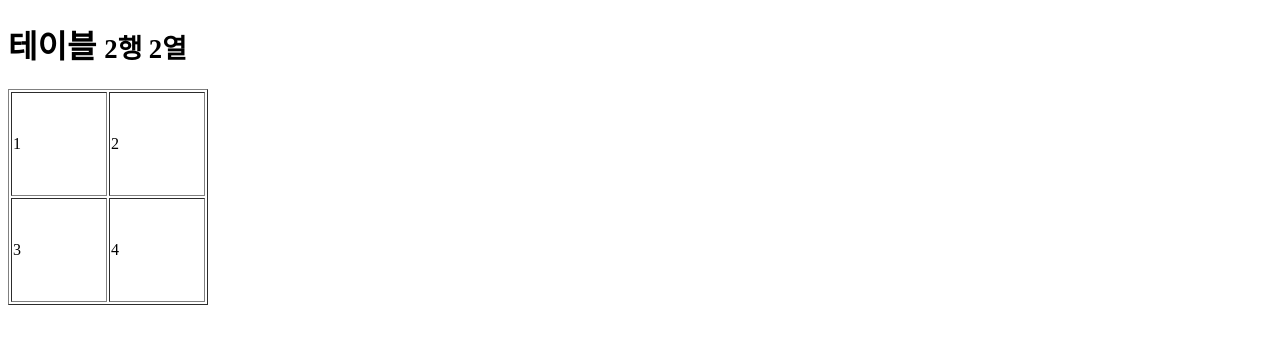
Repository: kmd192kmd/Web
Page: html/HtmlTest/src/main/webapp/ex13_table.html
The author's editor kept a copy of each file at every save. The page is drawn from the files as they stood at one save, then again after the next save.
The browser window is 1280 px wide. The pictures show the whole page.

Above is the page before, as saved 2026-02-13 05:35:39.

After the next save:
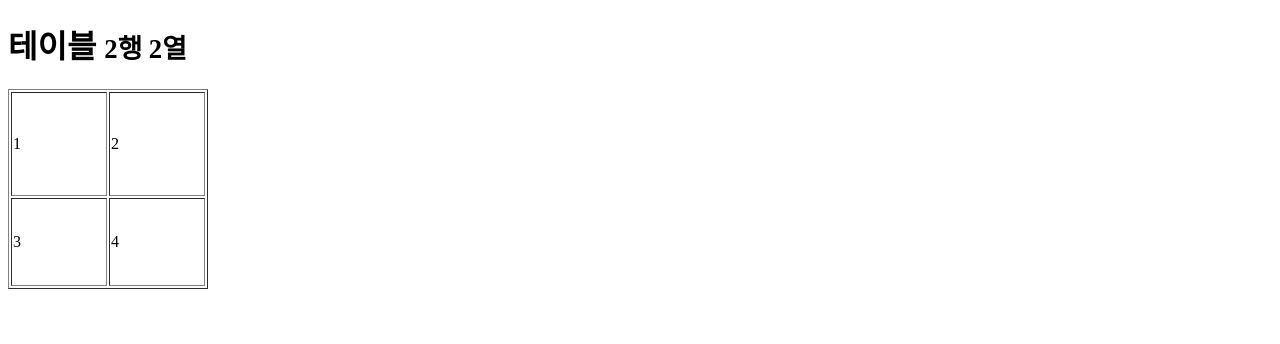
Saved 53 s later.
--- a/html/HtmlTest/src/main/webapp/ex13_table.html
+++ b/html/HtmlTest/src/main/webapp/ex13_table.html
@@ -68,7 +68,7 @@
 	 		<td>2</td>
 	 	</tr>
 	 	<tr>
-	 		<td height="100">3</td>
+	 		<td>3</td>
 	 		<td>4</td>
 	 	</tr>
 	 </table>

After the save that followed:
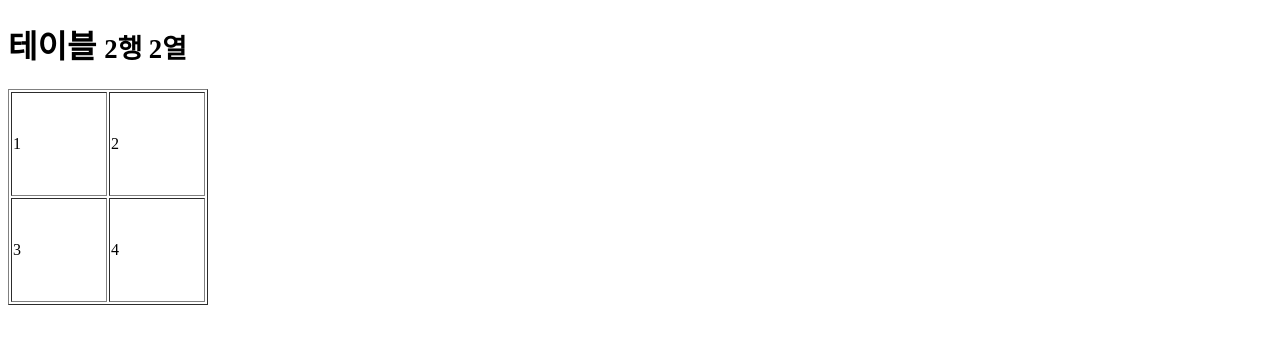
Saved 6 s later.
--- a/html/HtmlTest/src/main/webapp/ex13_table.html
+++ b/html/HtmlTest/src/main/webapp/ex13_table.html
@@ -68,7 +68,7 @@
 	 		<td>2</td>
 	 	</tr>
 	 	<tr>
-	 		<td>3</td>
+	 		<td height="100">3</td>
 	 		<td>4</td>
 	 	</tr>
 	 </table>
